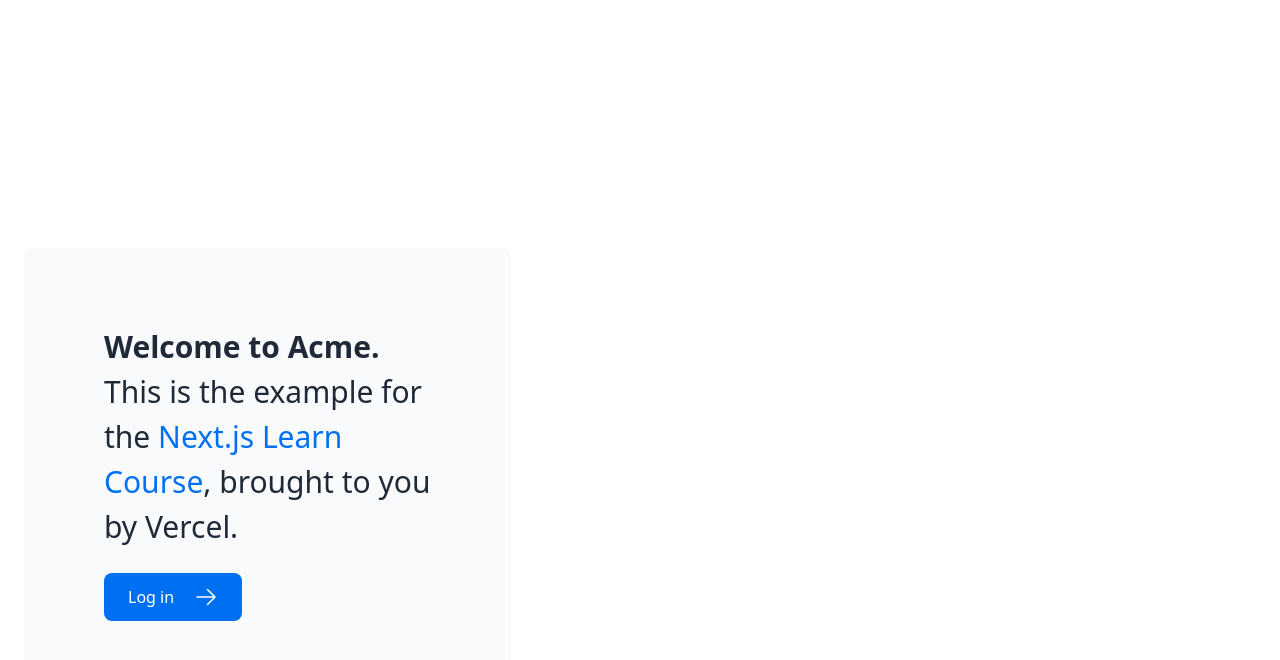
Repository: lokinell/nextjs-dashboard
Page: /
The author's editor kept a copy of each file at every save. The page is drawn from the files as they stood at one save, then again after the next save.
The browser window is 1280 px wide. The pictures show the whole page.
The project was rebuilt for these pictures with package versions that can differ from the ones it lists, and the page was loaded fresh each time. The framework's server and built-in components were replaced by stand-ins that run in the browser. Also part of the build but not shown: next.config.js.

Above is the page before, as saved 2024-03-11 23:31:57.

### app/page.tsx
import AcmeLogo from '@/app/ui/acme-logo';
import { ArrowRightIcon } from '@heroicons/react/24/outline';
import Link from 'next/link';

export default function Page() {
  return (
    <main className="flex min-h-screen flex-col p-6">
      <div className="flex h-20 shrink-0 items-end rounded-lg p-4 md:h-52">
        {/* <AcmeLogo /> */}
      </div>
      <div className="mt-4 flex grow flex-col gap-4 md:flex-row">
        <div className="flex flex-col justify-center gap-6 rounded-lg bg-gray-50 px-6 py-10 md:w-2/5 md:px-20">
          <p className={`text-xl text-gray-800 md:text-3xl md:leading-normal`}>
            <strong>Welcome to Acme.</strong> This is the example for the{' '}
            <a href="https://nextjs.org/learn/" className="text-blue-500">
              Next.js Learn Course
            </a>
            , brought to you by Vercel.
          </p>
          <Link
            href="/login"
            className="flex items-center gap-5 self-start rounded-lg bg-blue-500 px-6 py-3 text-sm font-medium text-white transition-colors hover:bg-blue-400 md:text-base"
          >
            <span>Log in</span> <ArrowRightIcon className="w-5 md:w-6" />
          </Link>
        </div>
        <div className="flex items-center justify-center p-6 md:w-3/5 md:px-28 md:py-12">
          {/* Add Hero Images Here */}
        </div>
      </div>
    </main>
  );
}

Loaded but not shown: app/layout.tsx (common file); app/ui/global.css (common file); tailwind.config.ts (common file)

After the next save:
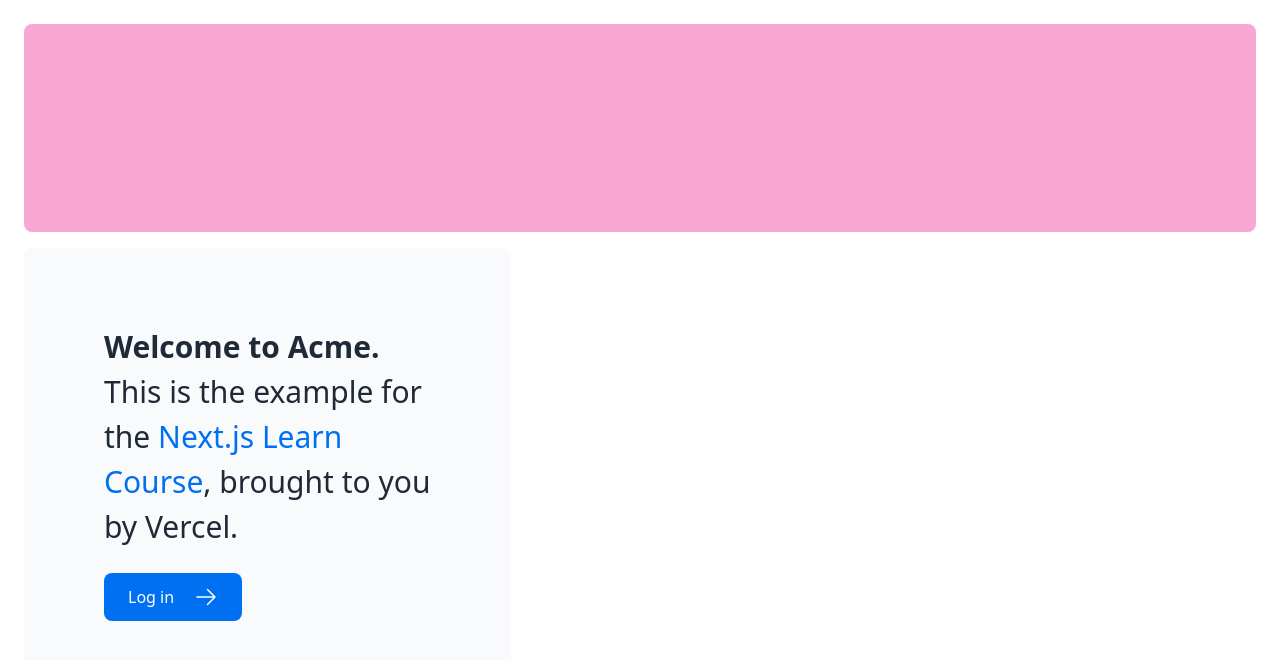
Saved 11 s later.
--- a/app/page.tsx
+++ b/app/page.tsx
@@ -5,7 +5,7 @@
 export default function Page() {
   return (
     <main className="flex min-h-screen flex-col p-6">
-      <div className="flex h-20 shrink-0 items-end rounded-lg p-4 md:h-52">
+      <div className="flex h-20 shrink-0 items-end rounded-lg bg-pink-300 p-4 md:h-52">
         {/* <AcmeLogo /> */}
       </div>
       <div className="mt-4 flex grow flex-col gap-4 md:flex-row">

After the save that followed:
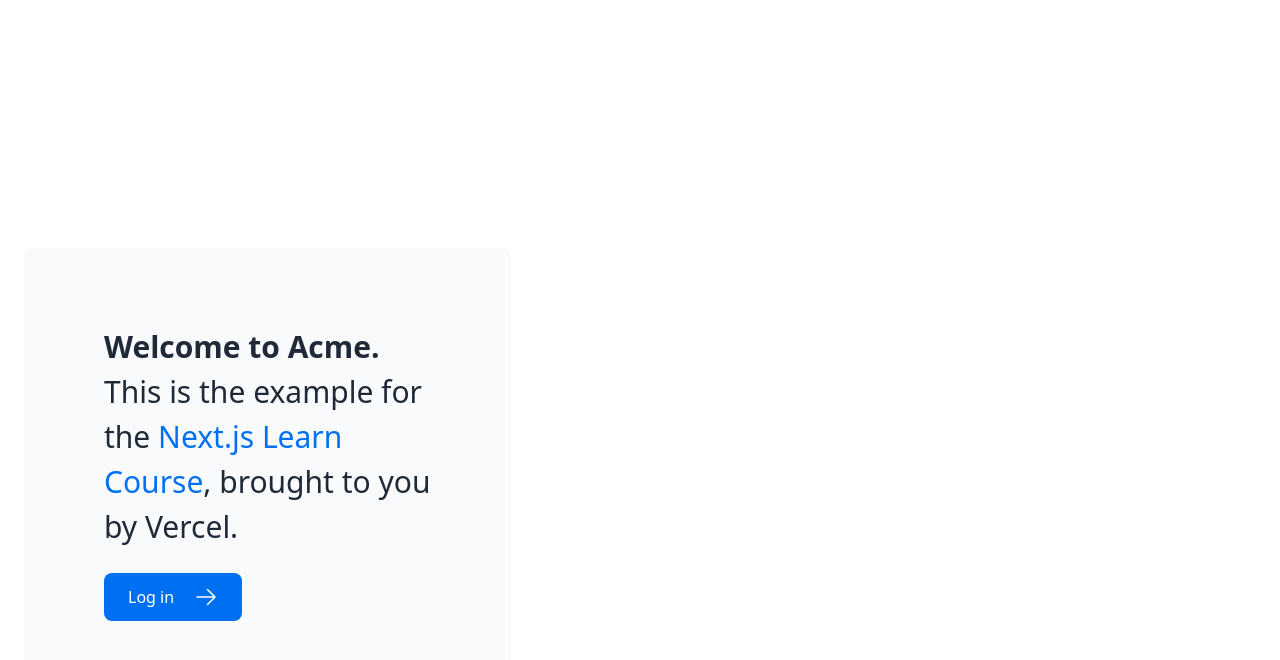
Saved 20 s later.
--- a/app/page.tsx
+++ b/app/page.tsx
@@ -5,7 +5,7 @@
 export default function Page() {
   return (
     <main className="flex min-h-screen flex-col p-6">
-      <div className="flex h-20 shrink-0 items-end rounded-lg bg-pink-300 p-4 md:h-52">
+      <div className="flex h-20 shrink-0 items-end rounded-lg bg-blue p-4 md:h-52">
         {/* <AcmeLogo /> */}
       </div>
       <div className="mt-4 flex grow flex-col gap-4 md:flex-row">
